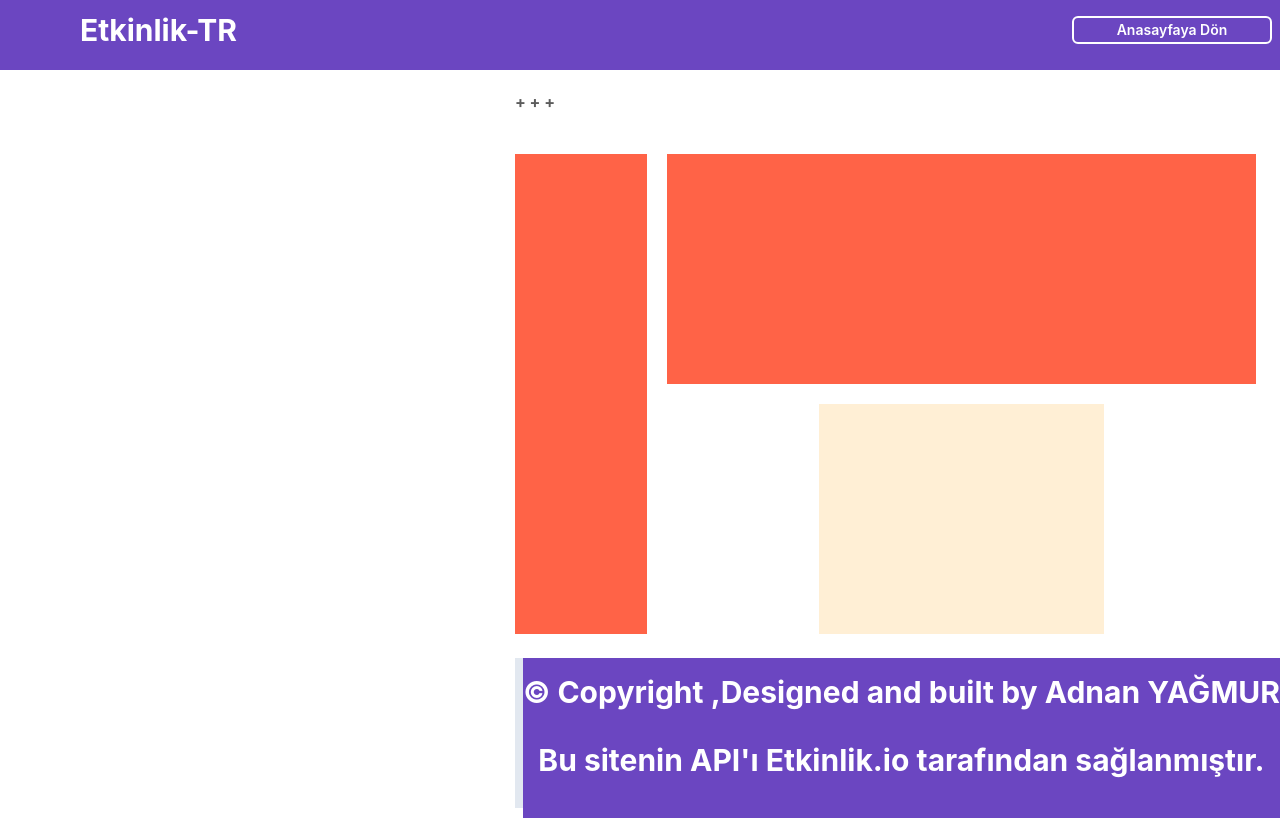
Repository: adnanyagmur/EtsTur-FrontEnd-Hiring-Challange
Page: /detailPage
The author's editor kept a copy of each file at every save. The page is drawn from the files as they stood at one save, then again after the next save.
The browser window is 1280 px wide. The pictures show the whole page.
The project was rebuilt for these pictures with package versions that can differ from the ones it lists, and the page was loaded fresh each time. Also part of the build but not shown: src/index.css, src/components/eventList/EventList.jsx, src/components/hompage/HomePage.jsx, src/pastApi/json.js, src/components/pastEventList/PastList.jsx.

Above is the page before, as saved 2022-06-21 22:12:28.

After the next save:
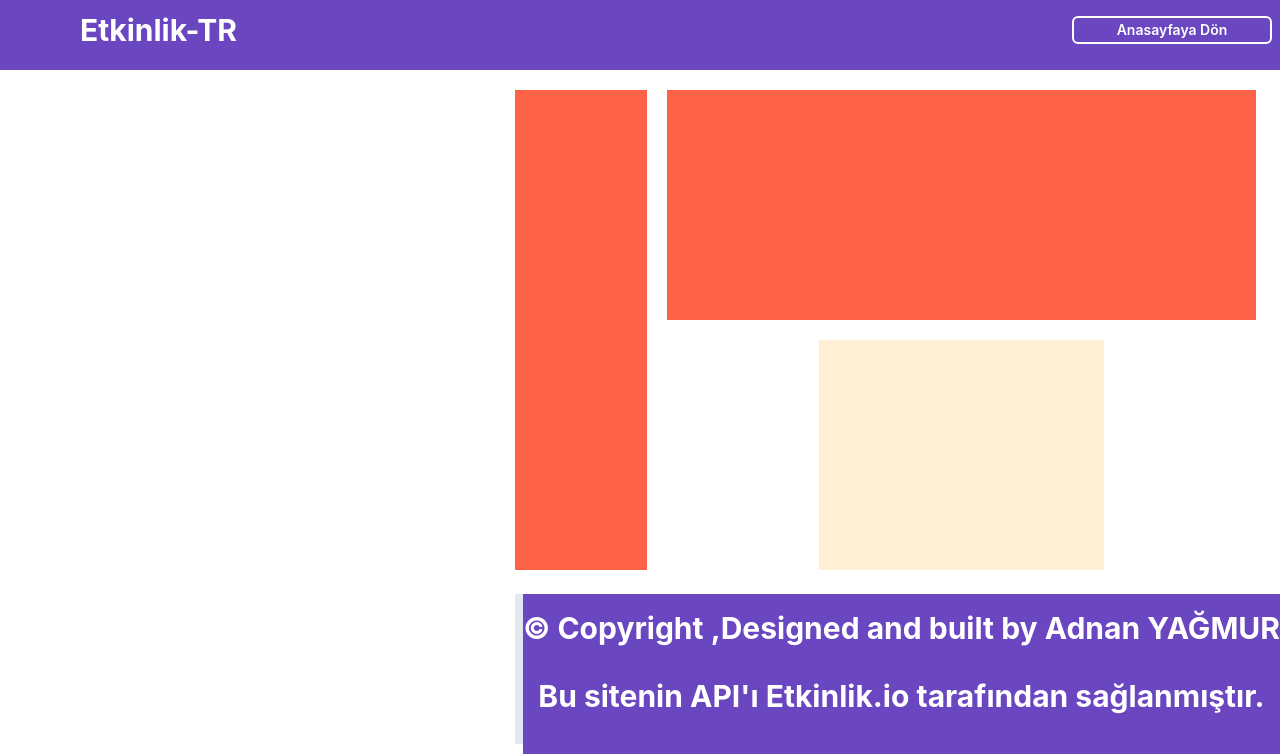
Saved 4 s later.
--- a/src/components/detailPage/DetailPage.jsx
+++ b/src/components/detailPage/DetailPage.jsx
@@ -62,7 +62,7 @@ const DetailPage= ()=> {
             <SimpleGrid columns={[null,1]} spacing='40px'>
 
 
-  +   +  +
+
 
 <Grid
   h='500px'
